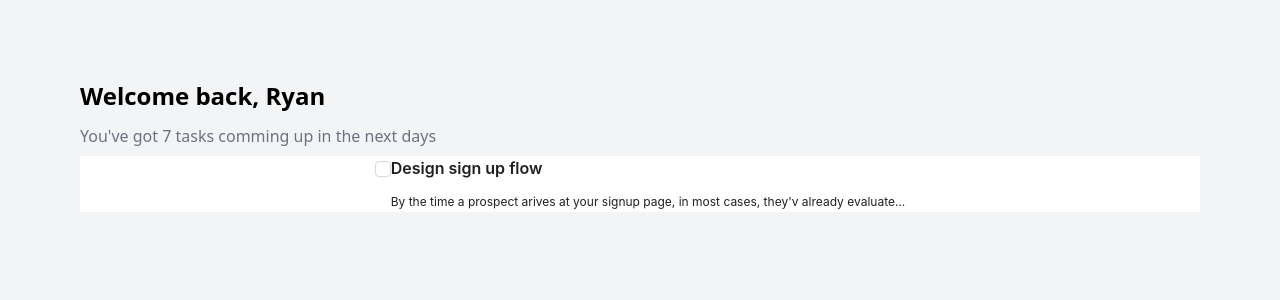
Repository: daohuyhoang9119/TodoApp
Page: /
These files come from the project's save history. The page is drawn as it stood at one moment and after the next save; the edit follows.
The browser window is 1280 px wide. The pictures show the whole page.
The project was rebuilt for these pictures with package versions that can differ from the ones it lists, and the page was loaded fresh each time. Also part of the build but not shown: vite.config.ts, src/App.css.

Above is the page before, as saved 2023-02-22 10:41:14.

### index.html
<!DOCTYPE html>
<html lang="en">

<head>
  <meta charset="UTF-8" />
  <link rel="icon" type="image/svg+xml" href="/vite.svg" />
  <meta name="viewport" content="width=device-width, initial-scale=1.0" />
  <title>Do It N💲W</title>
</head>

<body>
  <div id="root"></div>
  <script type="module" src="/src/main.tsx"></script>
</body>

</html>

### src/App.tsx
import { useState } from "react";
import "./App.css";
import Header from "./components/Header/Header";
import TaskItem from "./components/TaskItem/TaskItem";
function App() {
  return (
    <div className="w-full p-20 bg-gray-100">
      <Header />
      <TaskItem />
    </div>
  );
}

export default App;

### src/components/Header/Header.tsx
import { useState } from "react";

function Header() {
  return (
    <div className="">
      <h1 className="font-sans text-2xl font-semibold mb-3">
        Welcome back, Ryan
      </h1>
      <p className="font-sans text-gray-500">
        You've got 7 tasks comming up in the next days
      </p>
    </div>
  );
}

export default Header;

### src/components/TaskItem/TaskItem.tsx
import { useState } from "react";
import { Typography, Checkbox } from "antd";

const { Title, Text } = Typography;
import { UserOutlined } from "@ant-design/icons";
import { Input } from "antd";

function TaskItem() {
  return (
    <div className="flex justify-center my-2 bg-white px-0">
      <div className="">
        <Checkbox></Checkbox>
      </div>
      <div className="">
        <Title level={5} className="text-xs">
          Design sign up flow
        </Title>
        <Text className="text-xs">
          By the time a prospect arives at your signup page, in most cases,
          they'v already evaluate...
        </Text>
      </div>
    </div>
  );
}

export default TaskItem;

Loaded but not shown: src/main.tsx (common file); src/index.css (common file); tailwind.config.cjs (common file)

After the next save:
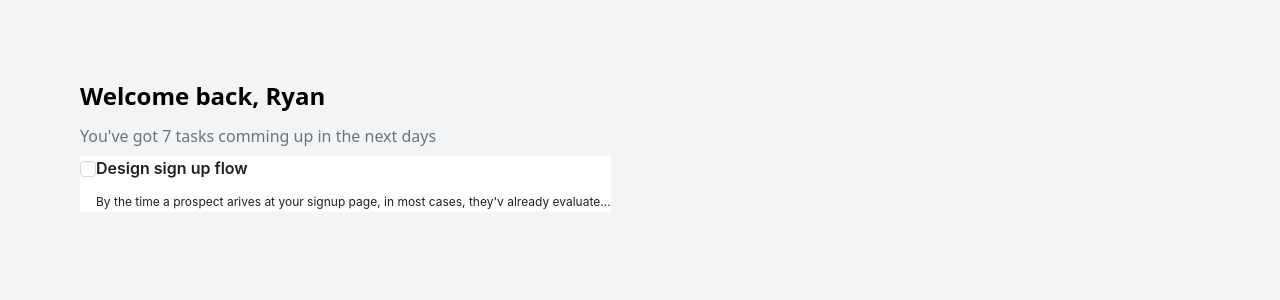
Saved 2 min 14 s later.
--- a/src/components/TaskItem/TaskItem.tsx
+++ b/src/components/TaskItem/TaskItem.tsx
@@ -7,7 +7,7 @@
 
 function TaskItem() {
   return (
-    <div className="flex justify-center my-2 bg-white px-0">
+    <div className="flex justify-center my-2 bg-white px-0 w-fit">
       <div className="">
         <Checkbox></Checkbox>
       </div>

After the save that followed:
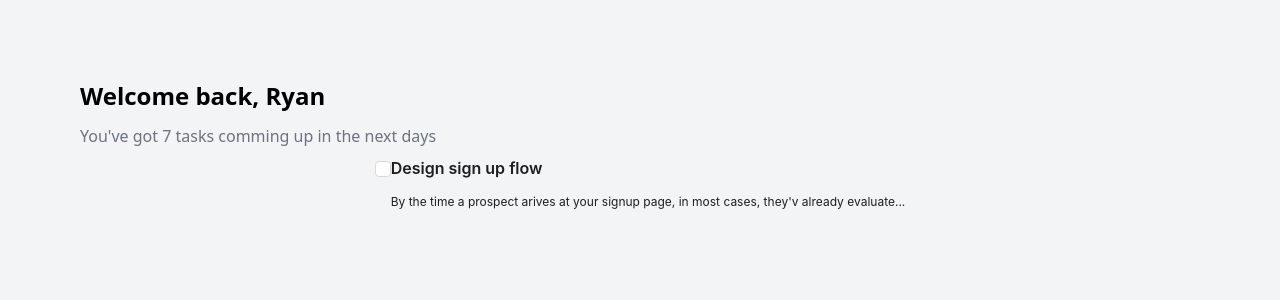
Saved 10 s later.
--- a/src/components/TaskItem/TaskItem.tsx
+++ b/src/components/TaskItem/TaskItem.tsx
@@ -7,7 +7,7 @@
 
 function TaskItem() {
   return (
-    <div className="flex justify-center my-2 bg-white px-0 w-fit">
+    <div className="flex justify-center my-2 bg-whitew-fit">
       <div className="">
         <Checkbox></Checkbox>
       </div>
